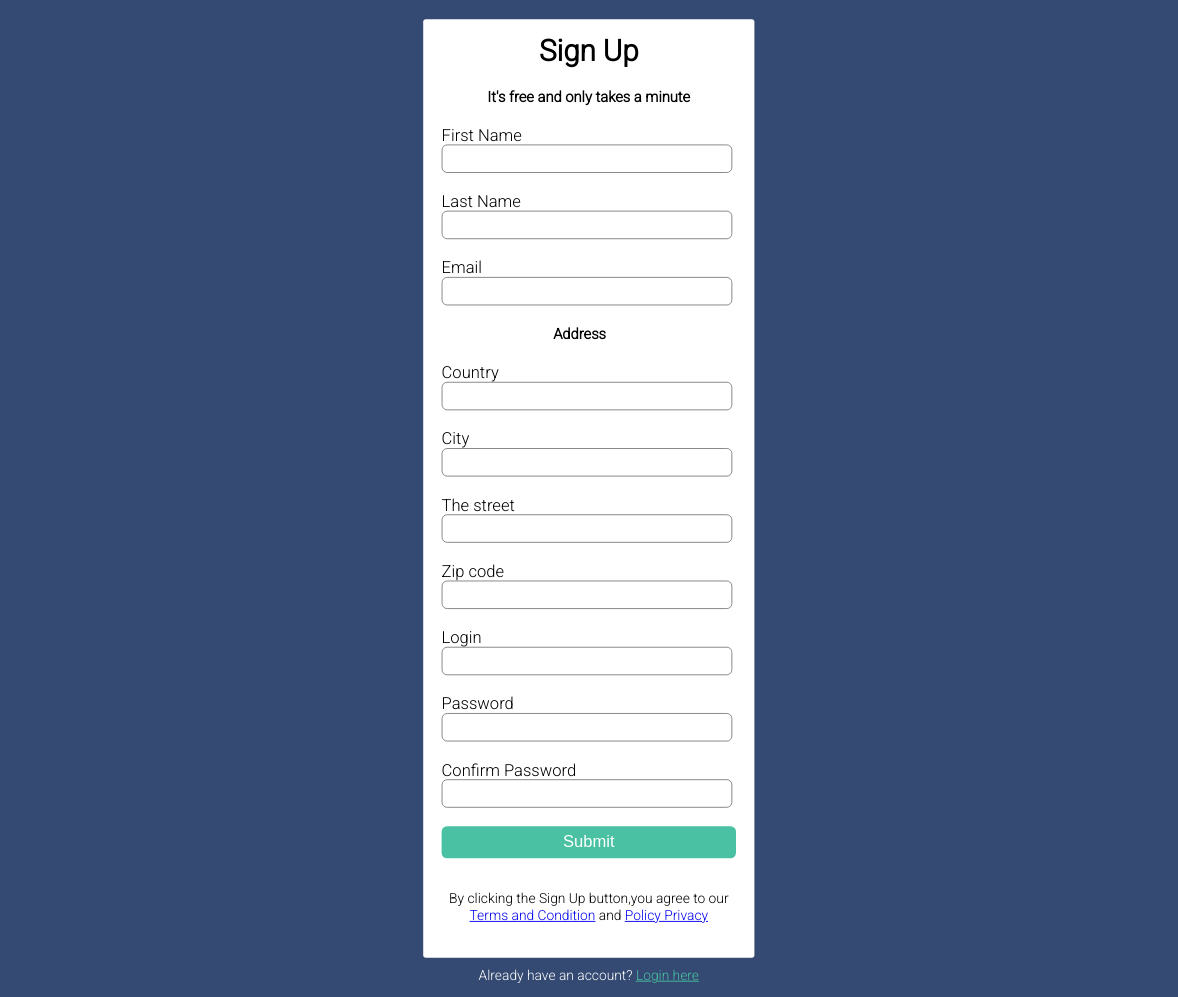
Repository: alexkatkof/web-market
Page: http://localhost/web-market/WEB-INF/views/registration_form.jsp
An editor plug-in stored every save of this project. The page is shown before and after the next save, followed by the edit.
The browser window is 1280 px wide. The pictures show the whole page, at 92% of full size.
The page is served by Tomcat 9. Nobody is signed in. Other server files are loaded and not shown. The template is opened directly, without the code that normally fills it, so the values that code supplies are empty.

Above is the page before, as saved 2023-03-10 17:00:53.

### web-market/src/main/webapp/WEB-INF/views/registration_form.jsp
<%@ taglib prefix="form" uri="http://www.springframework.org/tags/form"%>
<%@ page language="java" contentType="text/html; charset=UTF-8"
	pageEncoding="UTF-8"%>
<!DOCTYPE html>
<html lang="en">
  <head>
    <title>Sign Up | By Code Info</title>
    <link
      href="https://fonts.googleapis.com/css2?family=Roboto:wght@300&display=swap"
      rel="stylesheet"
    />
    <style type="text/css">
    body {
  background-color: #344a72;
  font-family: "Roboto", sans-serif;
}

.signup-box {
  width: 360px;
  height: 1020px;
  margin: auto;
  background-color: white;
  border-radius: 3px;
}

.login-box {
  width: 360px;
  height: 280px;
  margin: auto;
  border-radius: 3px;
  background-color: white;
}

h1 {
  text-align: center;
  padding-top: 15px;
}

h4 {
  text-align: center;
}

form {
  width: 300px;
  margin-left: 20px;
}

form label {
  display: flex;
  margin-top: 20px;
  font-size: 18px;
}

form input {
  width: 100%;
  padding: 7px;
  border: none;
  border: 1px solid gray;
  border-radius: 6px;
  outline: none;
}
input[type="button"] {
  width: 320px;
  height: 35px;
  margin-top: 20px;
  border: none;
  background-color: #49c1a2;
  color: white;
  font-size: 18px;
}
p {
  text-align: center;
  padding-top: 20px;
  font-size: 15px;
}
.para-2 {
  text-align: center;
  color: white;
  font-size: 15px;
  margin-top: -10px;
}
.para-2 a {
  color: #49c1a2;
}

    </style>
  </head>
  <body>
    <div class="signup-box">
      <h1>Sign Up</h1>
      <h4>It's free and only takes a minute</h4>
     <form:form modelAttribute="user" action="registration" method="post">
        <label>First Name</label>
        <form:input path="firstName" />
        <label>Last Name</label>
        <form:input path="lastName" />
        <label>Email</label>
        <form:input path="email" />
        <h4>Address</h4>
        <label>Country</label>
        <form:input path="address.country" />
        <label>City</label>
        <form:input path="address.city" />
        <label>The street</label>
        <form:input path="address.street" />
        <label>Zip code</label>
        <form:input path="address.zipCode" />
        <br/>
        <label>Login</label>
        <form:input path="login" />
        <label>Password</label>
        <form:password path="pass" class="pass" onkeyup="doAjax()" />
        <label>Confirm Password</label>
        <form:password path="pass" class="pass" onkeyup="doAjax()" />
        <input type="button" value="Submit" />
    	</form:form>
      <p>
        By clicking the Sign Up button,you agree to our <br />
        <a href="#">Terms and Condition</a> and <a href="#">Policy Privacy</a>
      </p>
    </div>
    <p class="para-2">
      Already have an account? <a href="index">Login here</a>
    </p>
  </body>
</html>

After the next save:
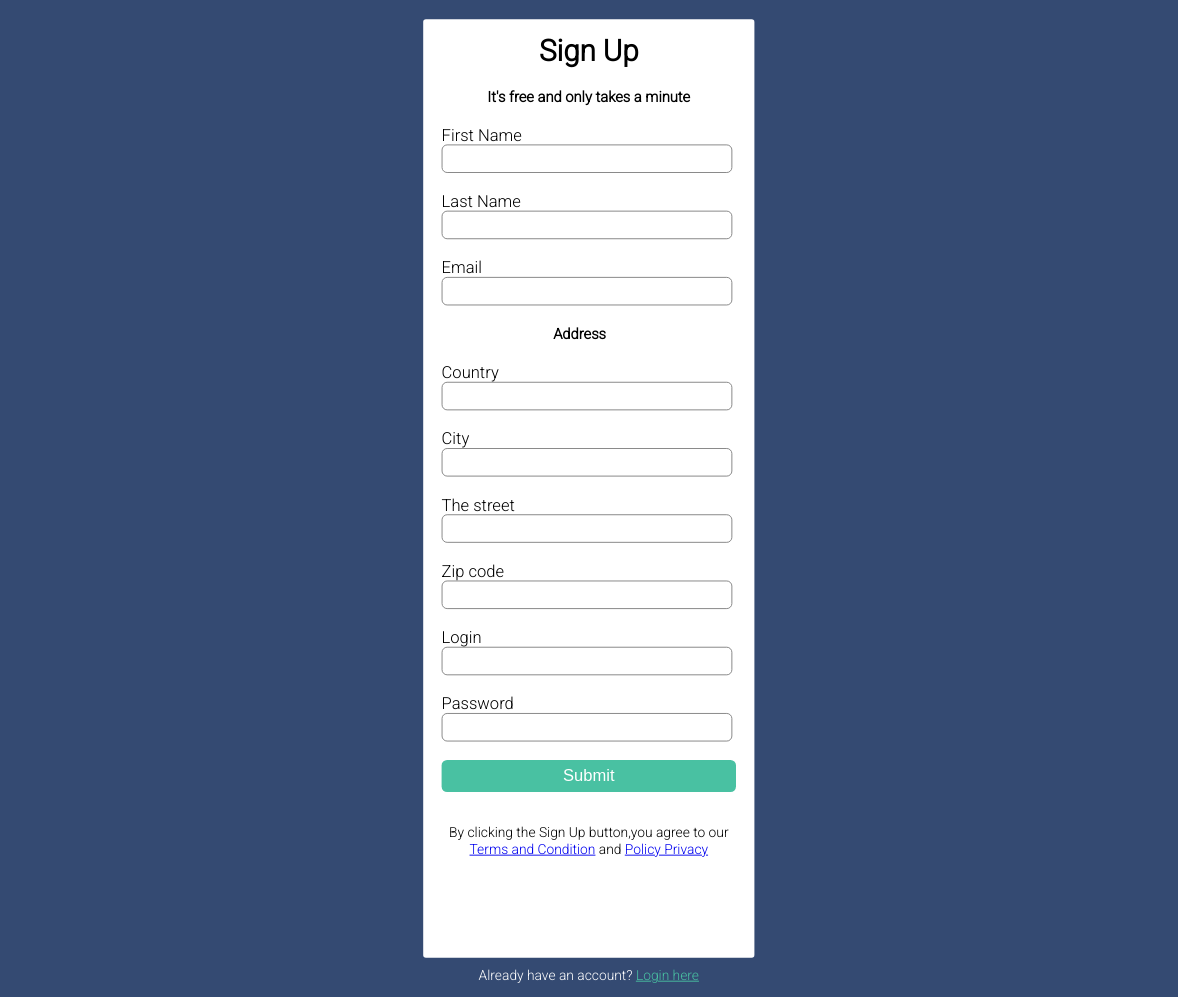
Saved 12 s later.
--- a/web-market/src/main/webapp/WEB-INF/views/registration_form.jsp
+++ b/web-market/src/main/webapp/WEB-INF/views/registration_form.jsp
@@ -110,8 +110,6 @@ p {
         <form:input path="login" />
         <label>Password</label>
         <form:password path="pass" class="pass" onkeyup="doAjax()" />
-        <label>Confirm Password</label>
-        <form:password path="pass" class="pass" onkeyup="doAjax()" />
         <input type="button" value="Submit" />
     	</form:form>
       <p>
